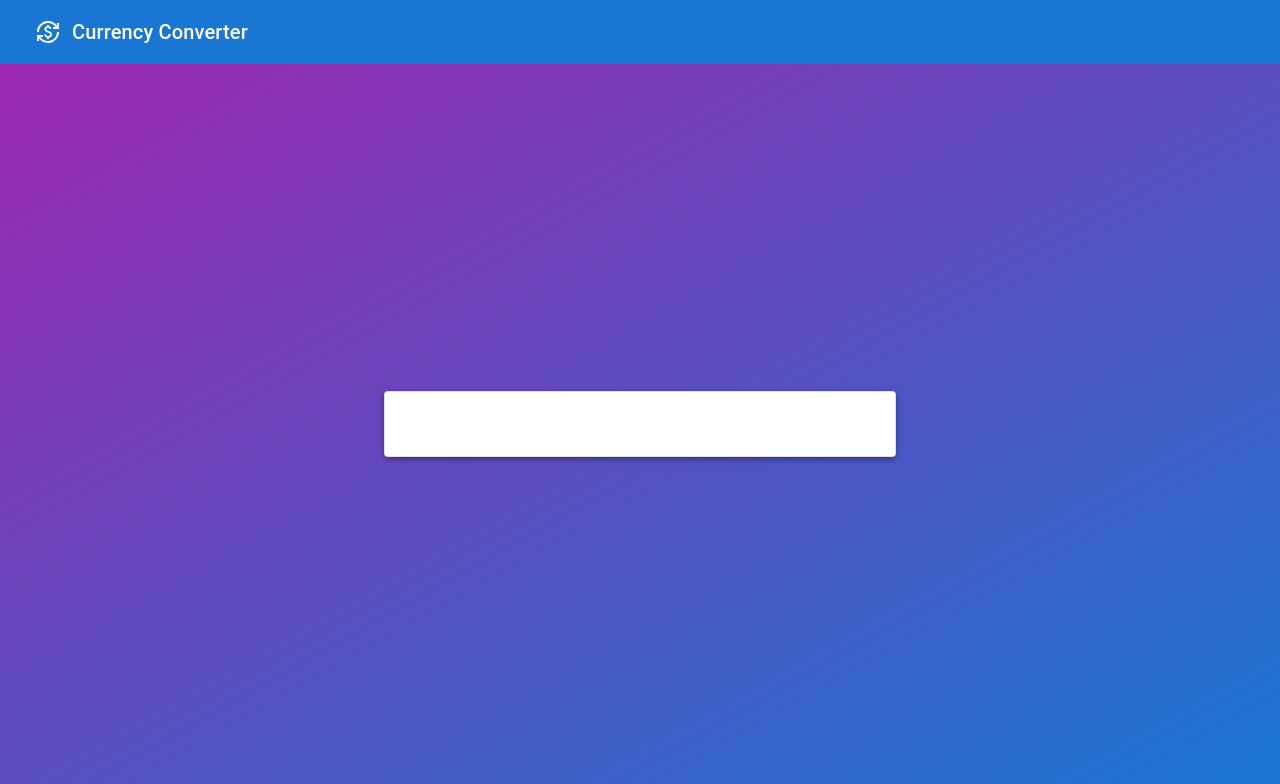
Repository: rutsguifd/currency-converter
Page: /
The author's editor kept a copy of each file at every save. The page is drawn from the files as they stood at one save, then again after the next save.
The browser window is 1280 px wide. The pictures show the whole page.
The project was rebuilt for these pictures with package versions that can differ from the ones it lists, and the page was loaded fresh each time. Also part of the build but not shown: src/components/ErrorBoundary.jsx.

Above is the page before, as saved 2023-03-27 23:41:14.

### src/index.js
import { CssBaseline } from "@mui/material";
import React from "react";
import ReactDOM from "react-dom/client";
import { Provider } from "react-redux";
import { BrowserRouter } from "react-router-dom";
import App from "./App";
import { setupStore } from "./store";

const store = setupStore();

const root = ReactDOM.createRoot(document.getElementById("root"));
root.render(
  <Provider store={store}>
    <BrowserRouter>
      <CssBaseline>
        <App />
      </CssBaseline>
    </BrowserRouter>
  </Provider>
);

### src/App.js
import AppRouter from "./router/AppRouter";

function App() {
  return (
    <>
      <AppRouter />
    </>
  );
}

export default App;

### src/store/index.js
import { combineReducers, configureStore } from "@reduxjs/toolkit";
import { ConverterAPI } from "./ConverterService";

const rootReducer = combineReducers({
  [ConverterAPI.reducerPath]: ConverterAPI.reducer,
});

export const setupStore = () => {
  return configureStore({
    reducer: rootReducer,
    middleware: (getDefaultMiddleware) =>
      getDefaultMiddleware().concat(ConverterAPI.middleware),
  });
};

### src/router/AppRouter.jsx
import React from "react";
import { Route, Routes } from "react-router-dom";
import ErrorBoundary from "../components/ErrorBoundary";
import HomePage from "../pages/HomePage";

const AppRouter = () => {
  return (
    <Routes>
      <Route path="/" element={<HomePage />} />
      <Route path="/error" element={<ErrorBoundary />} />
    </Routes>
  );
};

export default AppRouter;

### src/store/ConverterService.js
import { createApi, fetchBaseQuery } from "@reduxjs/toolkit/dist/query/react";

const BASE_URL = "https://api.apilayer.com/exchangerates_data/";

const BASE_QUERY = fetchBaseQuery({
  baseUrl: BASE_URL,
  prepareHeaders: (headers) => {
    headers.set("apikey", "3yTPGVUhUYyAGGgNkKb2MySzxmY4qcWi");
    return headers;
  },
});

export const ConverterAPI = createApi({
  reducerPath: "ConverterAPI",
  baseQuery: BASE_QUERY,
  tagTypes: ["ConverterAPI"],
  endpoints: (build) => ({
    getLatestCurrency: build.query({
      query: ({ symbols, base }) => `latest?symbols=${symbols}&base=${base}`,
    }),
  }),
});

### src/pages/HomePage.jsx
import React from "react";
import ConvertContainer from "../components/ConvertContainer";
import MainLayout from "../layout/MainLayout";

const HomePage = () => {
  return (
    <MainLayout>
      <ConvertContainer />
    </MainLayout>
  );
};

export default HomePage;

### src/components/ConvertContainer.jsx
import { Container, useTheme } from "@mui/material";
import React from "react";
import Convert from "./Convert";

const ConvertContainer = () => {
  const theme = useTheme();

  return (
    <Container
      maxWidth={false}
      disableGutters
      sx={{
        display: "flex",
        justifyContent: "center",
        alignItems: "center",
        minHeight: "100vh",
        background: `linear-gradient(to right bottom, ${theme.palette.secondary.main},  ${theme.palette.primary.main})`,
      }}
    >
      <Convert />
    </Container>
  );
};

export default ConvertContainer;

### src/layout/MainLayout.jsx
import React from "react";
import Header from "../components/Header";

const MainLayout = ({ children }) => {
  return (
    <>
      <Header />
      {children}
    </>
  );
};

export default MainLayout;

### src/components/Convert.jsx
import { Paper } from "@mui/material";
import React from "react";

const Convert = () => {
  return (
    <Paper
      variant="outlined"
      sx={{
        p: 4,
        display: "flex",
        flexDirection: "column",
        alignItems: "center",
        justifyContent: "center",
        width: "40vw",
        minWidth: "400px",
        gap: 4,
        boxShadow: 4,
      }}
    ></Paper>
  );
};

export default Convert;

### src/components/Header.jsx
import {
  AppBar,
  Box,
  CircularProgress,
  IconButton,
  Toolbar,
  Typography,
} from "@mui/material";
import CurrencyExchangeIcon from "@mui/icons-material/CurrencyExchange";
import EuroSymbolIcon from "@mui/icons-material/EuroSymbol";
import AttachMoneyIcon from "@mui/icons-material/AttachMoney";
import React from "react";
import { ConverterAPI } from "../store/ConverterService";
import { useNavigate } from "react-router-dom";

const Header = () => {
  const navigate = useNavigate();

  //   const {
  //     data: USDData,
  //     error: USDError,
  //     isLoading: USDLoading,
  //   } = ConverterAPI.useGetLatestCurrencyQuery({
  //     symbols: "UAH",
  //     base: "USD",
  //   });
  //   const {
  //     data: EURData,
  //     error: EURError,
  //     isLoading: EURLoading,
  //   } = ConverterAPI.useGetLatestCurrencyQuery({
  //     symbols: "UAH",
  //     base: "EUR",
  //   });
  //   if (USDError || EURError) {
  //     return navigate("/error");
  //   }
  return (
    <Box sx={{ flexGrow: 1 }}>
      <AppBar position="static">
        <Toolbar>
          <IconButton size="large" color="inherit">
            <CurrencyExchangeIcon />
          </IconButton>
          <Typography variant="h6" component="div" sx={{ flexGrow: 1 }}>
            Currency Converter
          </Typography>
          {/* <Box margin={2} display="flex" flexDirection="row">
            <EuroSymbolIcon />
            {EURLoading ? (
              <CircularProgress />
            ) : (
              <Typography>{EURData.rates.UAH}</Typography>
            )}
          </Box>
          <Box margin={2} display="flex" flexDirection="row">
            <AttachMoneyIcon />
            {USDLoading ? (
              <CircularProgress />
            ) : (
              <Typography>{USDData.rates.UAH}</Typography>
            )}
          </Box> */}
        </Toolbar>
      </AppBar>
    </Box>
  );
};

export default Header;

Loaded but not shown: public/index.html (common file)

After the next save:
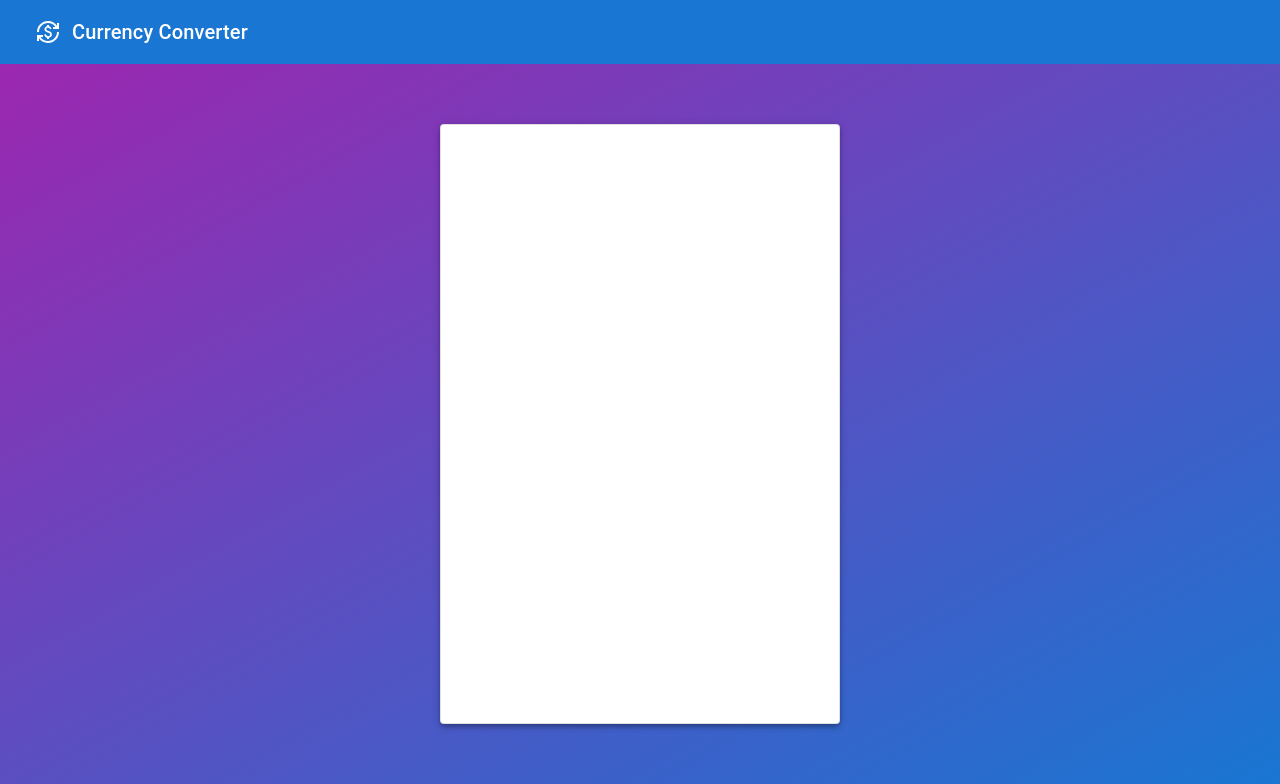
Saved 98 s later.
--- a/src/components/Convert.jsx
+++ b/src/components/Convert.jsx
@@ -11,8 +11,10 @@ const Convert = () => {
         flexDirection: "column",
         alignItems: "center",
         justifyContent: "center",
-        width: "40vw",
+        Width: "60vw",
         minWidth: "400px",
+        height: "60vh",
+        minHeight: "600px",
         gap: 4,
         boxShadow: 4,
       }}
